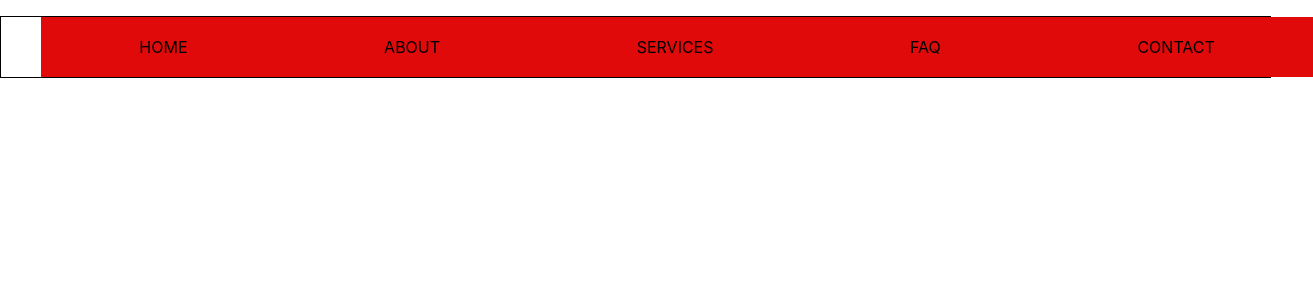
Repository: sriram1224/reactas1.github.io
Page: /
These files come from the project's save history. The page is drawn as it stood at one moment and after the next save; the edit follows.
The browser window is 1280 px wide. The page is 1313 px wide, then 1291 px, then 1313 px, so the pictures cover 1313 px, including what lies to the right of the window. The pictures show the whole page.
The project was rebuilt for these pictures with package versions that can differ from the ones it lists, and the page was loaded fresh each time.

Above is the page before, as saved 2024-03-05 06:57:46.

### src/App.js
import Nav from './Components/Nav';
import './App.css';

function App() {
  return (
    <div className="App">
     <Nav />
    </div>
  );
}

export default App;

### src/Components/Nav.js

import Navc from './Nav.css';
function Nav(){
    return (
        <nav className='Nav'>
            <ul>
                <li id='first'>HOME</li>
                <li>ABOUT</li>
                <li>SERVICES</li>
                <li>FAQ</li>
                <li>CONTACT</li>
            </ul>
        </nav>
    )
}
export default Nav;

### src/Components/Nav.css
.Nav{
    display: flex;
    justify-content: space-between;
    align-items: center;

    width: 100%;
}
.Nav ul{
    display: flex;
    justify-content: space-between;
    align-items: center;
    list-style: none;

    width: 96%;
    border: 1px solid #000;
}
.Nav ul li{
    padding: 20px 8%;

    background-color: rgb(224, 10, 10);
    text-align: center;
}
#first{

    background-color: rgb(224, 10, 10);
}

Loaded but not shown: public/index.html (common file); src/index.js (common file); src/index.css (common file); src/reportWebVitals.js (common file); src/App.css (common file)

After the next save:
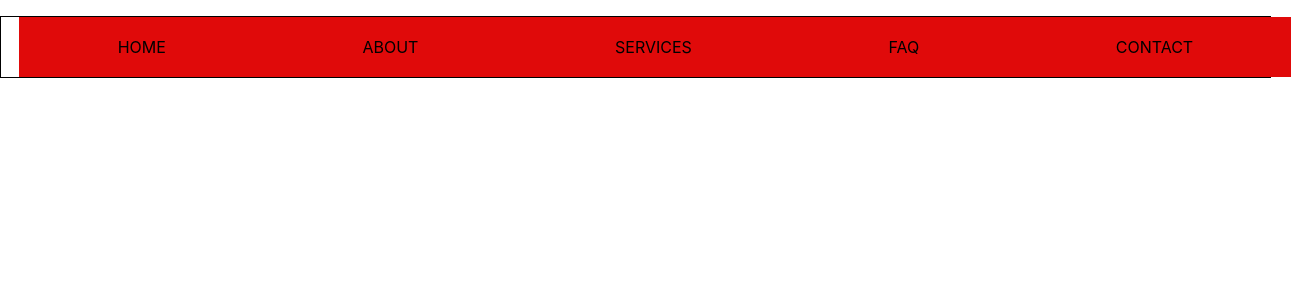
Saved 21 s later.
--- a/src/Components/Nav.css
+++ b/src/Components/Nav.css
@@ -7,7 +7,7 @@
 }
 .Nav ul{
     display: flex;
-    justify-content: space-between;
+    justify-content: center;
     align-items: center;
     list-style: none;
 

After the save that followed:
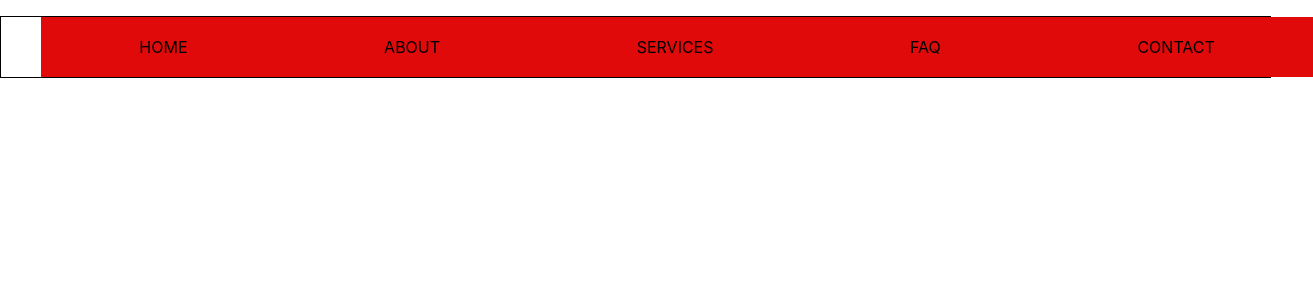
Saved 12 s later.
--- a/src/Components/Nav.css
+++ b/src/Components/Nav.css
@@ -7,7 +7,7 @@
 }
 .Nav ul{
     display: flex;
-    justify-content: center;
+
     align-items: center;
     list-style: none;
 
